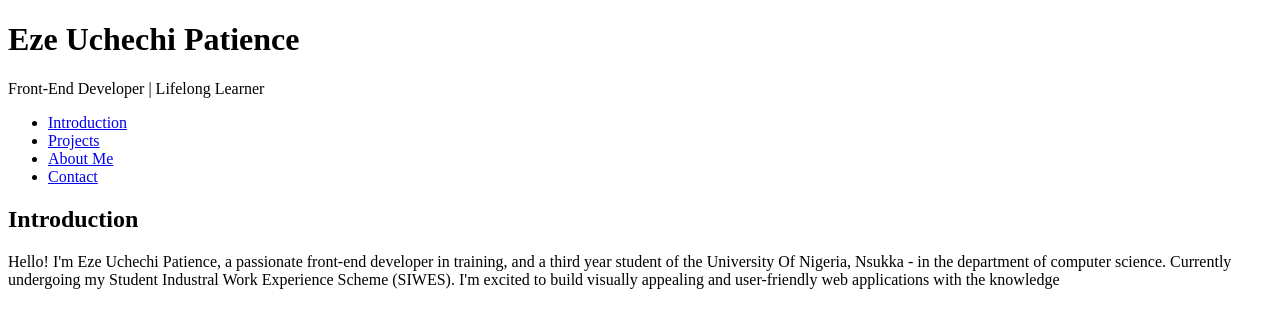
Repository: Patience225/My_First_Portfolio
Page: Portfolio/index.html
These files come from the project's save history. The page is drawn as it stood at one moment and after the next save; the edit follows.
The browser window is 1280 px wide. The pictures show the whole page.

Above is the page before, as saved 2024-12-16 13:10:55.

After the next save:
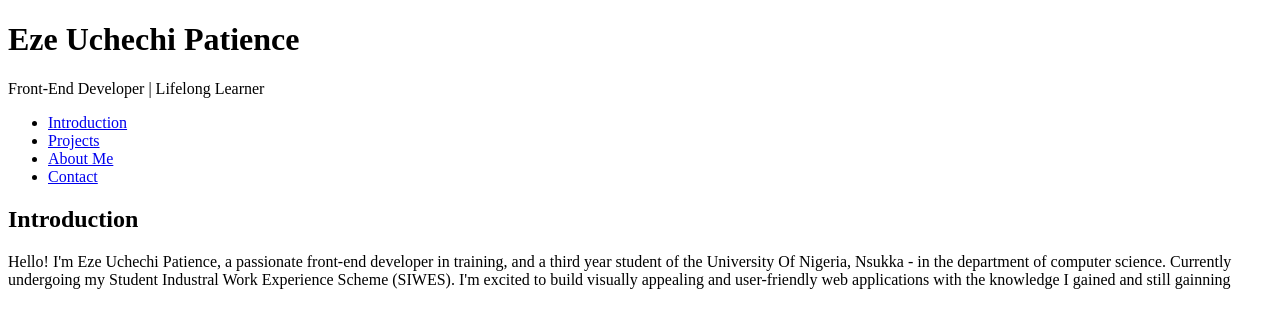
Saved 12 s later.
--- a/Portfolio/index.html
+++ b/Portfolio/index.html
@@ -19,7 +19,7 @@
     </nav>
     <section id="introduction">
       <h2>Introduction</h2>
-    <p>Hello! I'm Eze Uchechi Patience, a passionate front-end developer in training, and a third year student of the University Of Nigeria, Nsukka - in the department of computer science. Currently undergoing my Student Industral Work Experience Scheme (SIWES). I'm excited to build visually appealing and user-friendly web applications with the knowledge </p>
+    <p>Hello! I'm Eze Uchechi Patience, a passionate front-end developer in training, and a third year student of the University Of Nigeria, Nsukka - in the department of computer science. Currently undergoing my Student Industral Work Experience Scheme (SIWES). I'm excited to build visually appealing and user-friendly web applications with the knowledge I gained and still gainning </p>
     </section>
     <section id="projects"></section>
     <section id="about"></section>
